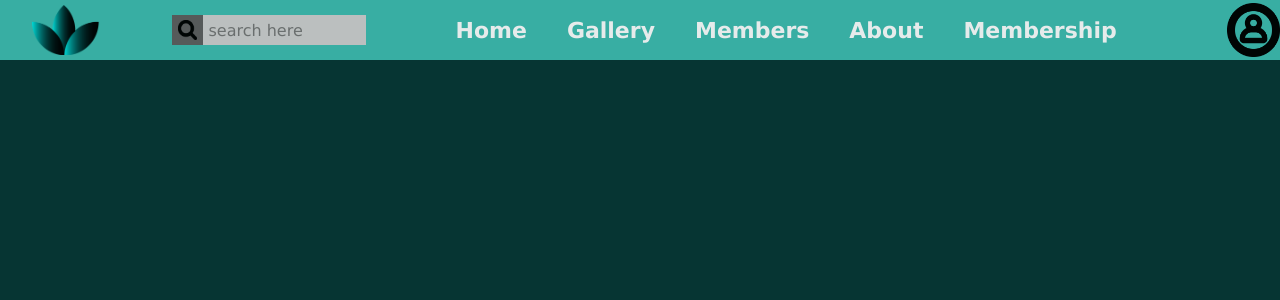
Repository: RawahaMR11/my_assignments
Page: rawaha computer/Shah Designs web/Shah home page.html
An editor plug-in stored every save of this project. The page is shown before and after the next save, followed by the edit.
The browser window is 1280 px wide. The pictures show the whole page.

Above is the page before, as saved 2024-12-12 17:38:18.

After the next save:
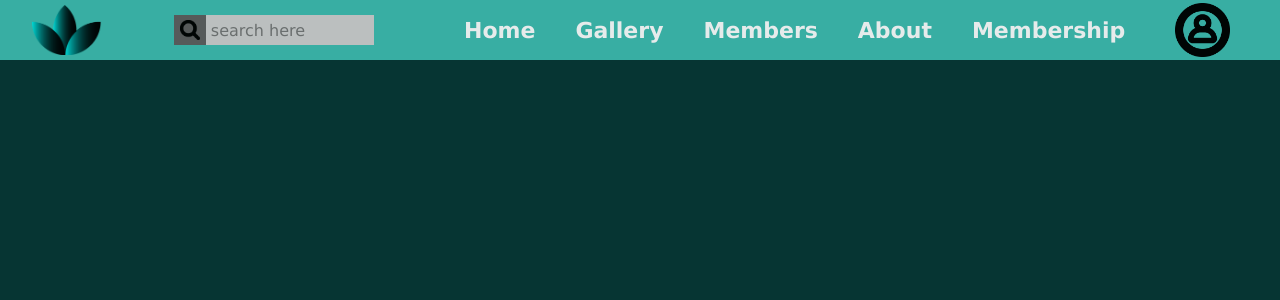
Saved 9 s later.
--- a/rawaha computer/Shah Designs web/Shah home page.css
+++ b/rawaha computer/Shah Designs web/Shah home page.css
@@ -130,7 +130,7 @@ header {
       height: 90%;
       width: 55px;
       float: right;
-      margin-left: 70px;
+      margin-left: 10px;
 }
 .login img {
       height: 100%;
